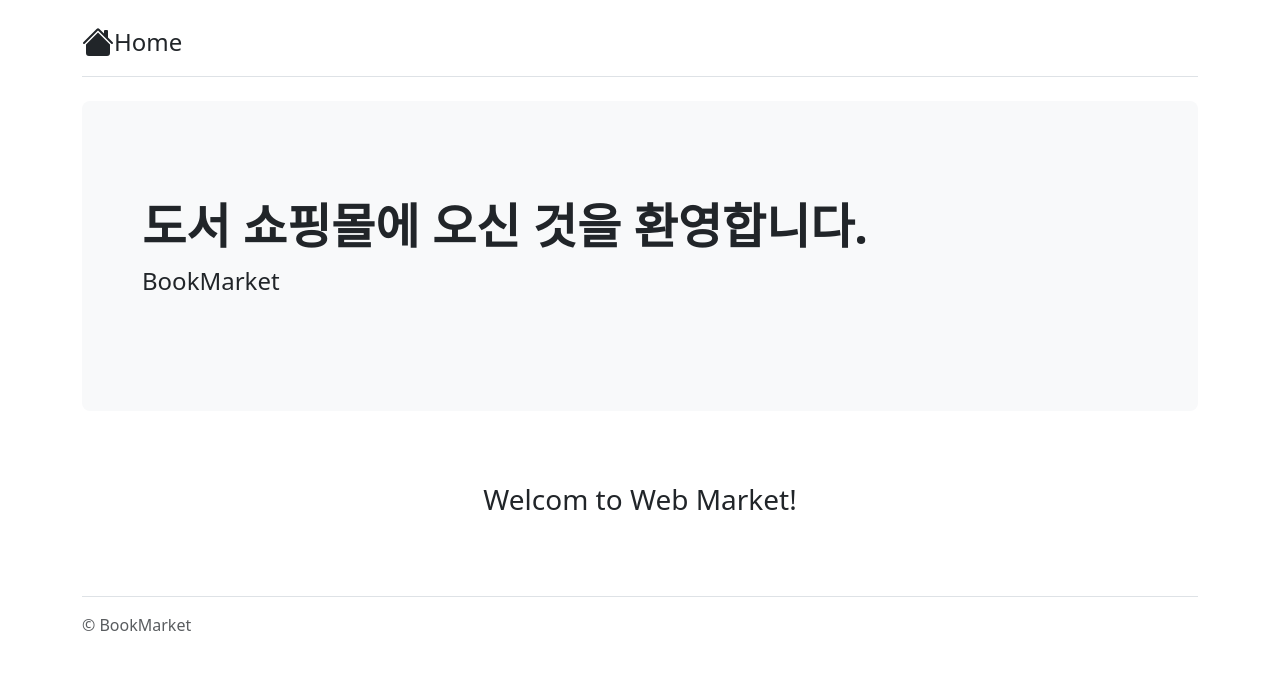
Repository: SJM7301/KH-JSP
Page: http://localhost/JSPBook/welcome.jsp
The author's editor kept a copy of each file at every save. The page is drawn from the files as they stood at one save, then again after the next save.
The browser window is 1280 px wide. The pictures show the whole page.
The page is served by Tomcat 10. Nobody is signed in. The application's start-up code is not run.

Above is the page before, as saved 2025-02-03 02:07:58.

After the next save:
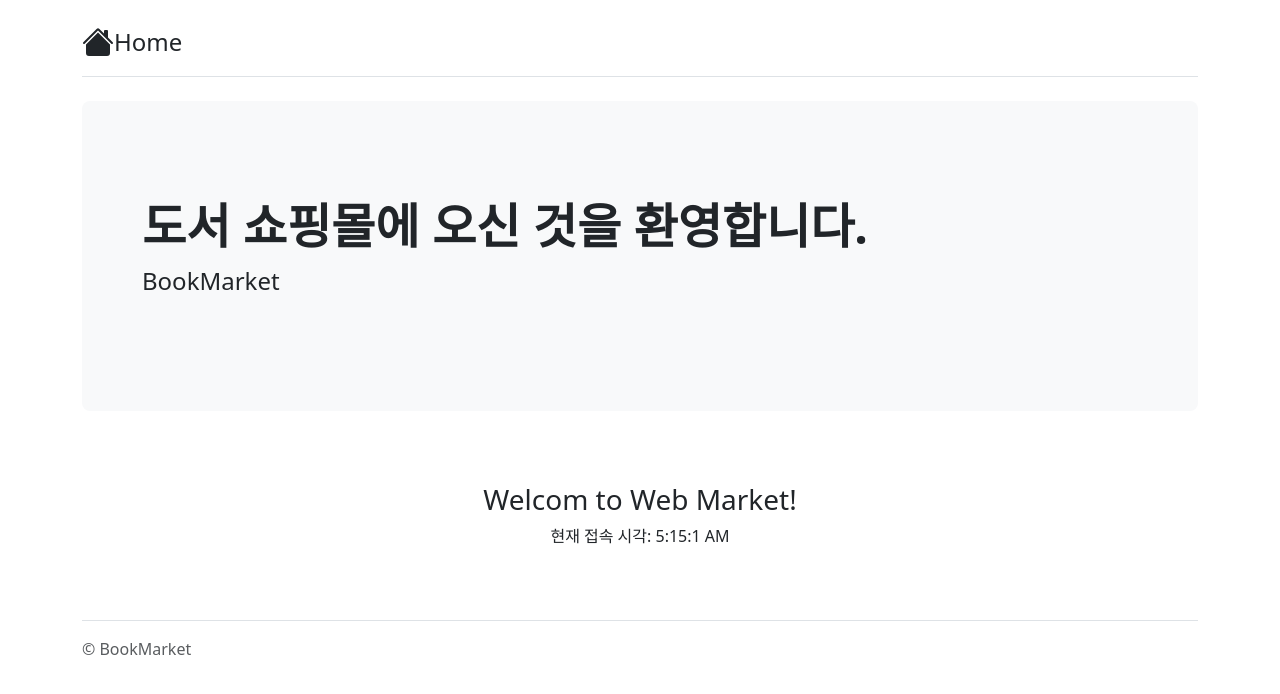
Saved 26 s later.
--- a/JSPBook/src/main/webapp/welcome.jsp
+++ b/JSPBook/src/main/webapp/welcome.jsp
@@ -52,6 +52,7 @@
 						}
 
 						String CT = hour + ":" + minute + ":" + second + " " + am_pm;
+						out.println("현재 접속 시각: " + CT);
 					%>
 				</div>
 			</div>
